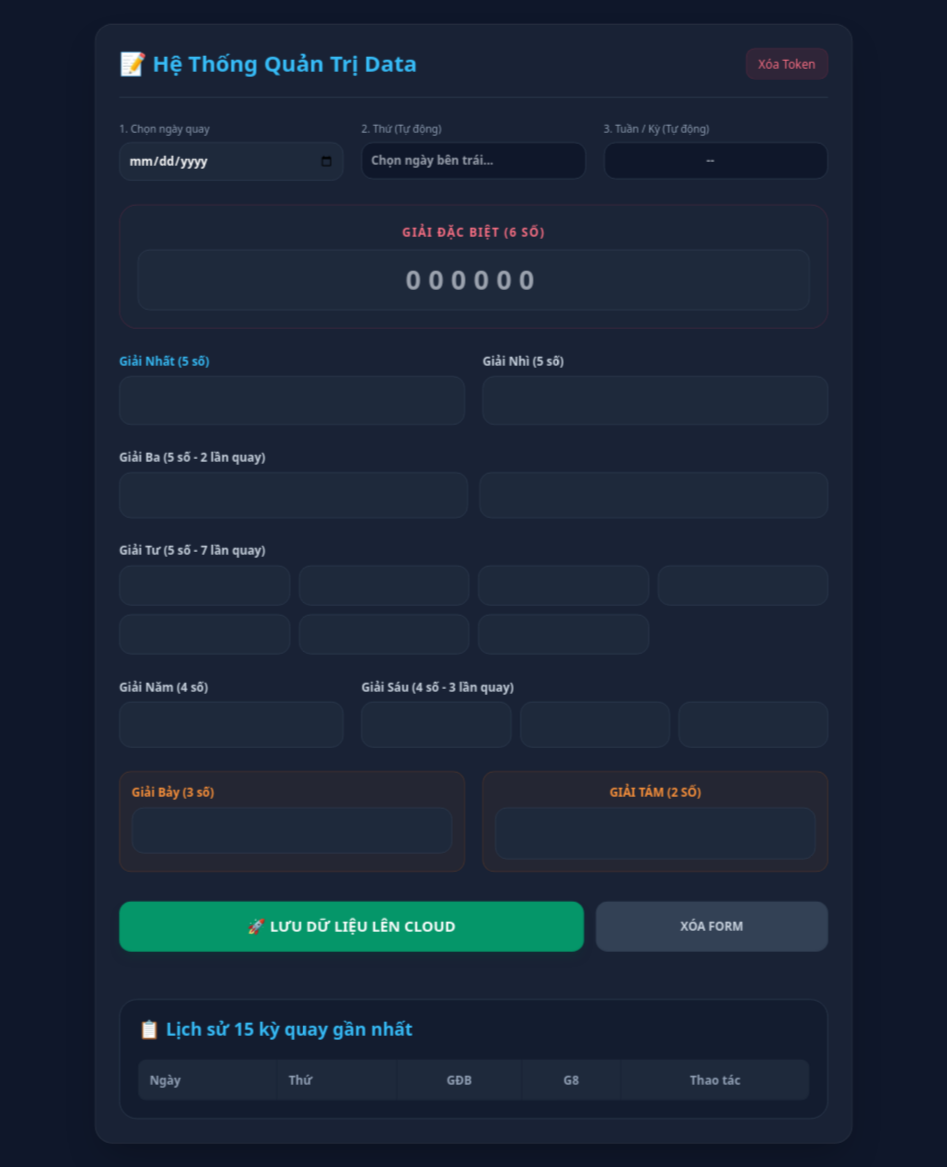
Repository: lannguyen1301/xac-suat-thong-ke-finally
Page: admin.html
These files come from the project's save history. The page is drawn as it stood at one moment and after the next save; the edit follows.
The browser window is 1280 px wide. The pictures show the whole page, at 74% of full size.
Some web libraries are served in a nearby version.

Above is the page before, as saved 2026-05-04 22:24:49.

### admin.html
<!DOCTYPE html>
<html lang="vi">

<head>
    <meta charset="UTF-8" />
    <meta name="viewport" content="width=device-width, initial-scale=1.0" />
    <title>Admin - Nhập Kết Quả Xổ Số TP.HCM</title>
    <script src="https://cdn.tailwindcss.com"></script>
    <style>
        body {
            background: #0f172a;
            color: #f1f5f9;
        }

        .glass-card {
            background: rgba(30, 41, 59, 0.7);
            backdrop-filter: blur(10px);
            border: 1px solid rgba(255, 255, 255, 0.1);
        }

        .input-focus:focus {
            border-color: #38bdf8;
            box-shadow: 0 0 0 3px rgba(56, 189, 248, 0.2);
        }

        input,
        select {
            background: #1e293b !important;
            color: white !important;
            border: 1px solid #334155 !important;
        }

        input[readonly] {
            background: #0f172a !important;
            color: #94a3b8 !important;
            cursor: not-allowed;
        }
    </style>
</head>

<body class="p-4 md:p-8">

    <div class="max-w-5xl mx-auto glass-card rounded-3xl shadow-2xl p-8">
        <div class="flex justify-between items-center mb-8 border-b border-slate-700 pb-6">
            <h1 class="text-3xl font-bold text-sky-400">📝 Hệ Thống Quản Trị Data</h1>
            <button onclick="clearToken()"
                class="px-4 py-2 bg-rose-500/10 text-rose-400 border border-rose-500/20 rounded-xl hover:bg-rose-500 hover:text-white transition">
                Xóa Token
            </button>
        </div>

        <!-- Section 1: Thông tin thời gian -->
        <div class="grid grid-cols-1 md:grid-cols-3 gap-6 mb-8">
            <div>
                <label class="block text-sm font-medium text-slate-400 mb-2">1. Chọn ngày quay</label>
                <input id="date" type="date" class="w-full p-3 rounded-2xl input-focus font-bold">
            </div>
            <div>
                <label class="block text-sm font-medium text-slate-400 mb-2">2. Thứ (Tự động)</label>
                <input id="dayOfWeek" type="text" readonly placeholder="Chọn ngày bên trái..."
                    class="w-full p-3 rounded-2xl font-bold text-emerald-400">
            </div>
            <div>
                <label class="block text-sm font-medium text-slate-400 mb-2">3. Tuần / Kỳ (Tự động)</label>
                <input id="week" type="number" readonly placeholder="--"
                    class="w-full p-3 rounded-2xl font-bold text-sky-400 text-center">
            </div>
        </div>

        <div class="space-y-8">
            <!-- Giải Đặc Biệt -->
            <div class="bg-slate-800/50 p-6 rounded-3xl border border-rose-500/20">
                <label class="block font-semibold text-rose-400 mb-3 text-center uppercase tracking-widest">Giải Đặc
                    Biệt (6 số)</label>
                <input id="GDB" maxlength="6" placeholder="000000"
                    class="w-full p-5 text-4xl text-center font-black text-rose-500 border-2 border-rose-500/30 rounded-2xl input-focus tracking-[10px]">
            </div>

            <div class="grid grid-cols-1 md:grid-cols-2 gap-6">
                <div>
                    <label class="block font-semibold text-sky-400 mb-2">Giải Nhất (5 số)</label>
                    <input id="G1" maxlength="5"
                        class="w-full p-4 text-2xl text-center font-bold border-2 border-sky-500/30 rounded-2xl input-focus">
                </div>
                <div>
                    <label class="block font-semibold text-slate-300 mb-2">Giải Nhì (5 số)</label>
                    <input id="G2" maxlength="5"
                        class="w-full p-4 text-2xl text-center font-bold border rounded-2xl input-focus">
                </div>
            </div>

            <!-- Giải Ba -->
            <div>
                <label class="block font-semibold text-slate-300 mb-2">Giải Ba (5 số - 2 lần quay)</label>
                <div class="grid grid-cols-2 gap-4">
                    <input class="G3 p-4 text-center font-bold border rounded-2xl input-focus text-xl" maxlength="5">
                    <input class="G3 p-4 text-center font-bold border rounded-2xl input-focus text-xl" maxlength="5">
                </div>
            </div>

            <!-- Giải Tư -->
            <div>
                <label class="block font-semibold text-slate-300 mb-2">Giải Tư (5 số - 7 lần quay)</label>
                <div class="grid grid-cols-2 md:grid-cols-4 gap-3">
                    <input class="G4 p-3 text-center font-bold border rounded-2xl input-focus text-lg" maxlength="5">
                    <input class="G4 p-3 text-center font-bold border rounded-2xl input-focus text-lg" maxlength="5">
                    <input class="G4 p-3 text-center font-bold border rounded-2xl input-focus text-lg" maxlength="5">
                    <input class="G4 p-3 text-center font-bold border rounded-2xl input-focus text-lg" maxlength="5">
                    <input class="G4 p-3 text-center font-bold border rounded-2xl input-focus text-lg" maxlength="5">
                    <input class="G4 p-3 text-center font-bold border rounded-2xl input-focus text-lg" maxlength="5">
                    <input class="G4 p-3 text-center font-bold border rounded-2xl input-focus text-lg" maxlength="5">
                </div>
            </div>

            <div class="grid grid-cols-1 md:grid-cols-3 gap-6">
                <div>
                    <label class="block font-semibold text-slate-300 mb-2">Giải Năm (4 số)</label>
                    <input id="G5" maxlength="4"
                        class="w-full p-4 text-center font-bold border rounded-2xl input-focus text-xl">
                </div>
                <div class="md:col-span-2">
                    <label class="block font-semibold text-slate-300 mb-2">Giải Sáu (4 số - 3 lần quay)</label>
                    <div class="grid grid-cols-3 gap-3">
                        <input class="G6 p-4 text-center font-bold border rounded-2xl input-focus text-xl"
                            maxlength="4">
                        <input class="G6 p-4 text-center font-bold border rounded-2xl input-focus text-xl"
                            maxlength="4">
                        <input class="G6 p-4 text-center font-bold border rounded-2xl input-focus text-xl"
                            maxlength="4">
                    </div>
                </div>
            </div>

            <div class="grid grid-cols-2 gap-6">
                <div class="bg-orange-500/5 p-4 rounded-2xl border border-orange-500/20">
                    <label class="block font-semibold text-orange-400 mb-2">Giải Bảy (3 số)</label>
                    <input id="G7" maxlength="3"
                        class="w-full p-4 text-center font-bold border border-orange-500/30 rounded-2xl input-focus text-xl">
                </div>
                <div class="bg-orange-500/5 p-4 rounded-2xl border border-orange-500/20">
                    <label class="block font-semibold text-orange-400 mb-2 text-center uppercase">Giải Tám (2
                        số)</label>
                    <input id="G8" maxlength="2"
                        class="w-full p-4 text-center font-black text-orange-500 border-2 border-orange-500/30 rounded-2xl input-focus text-3xl">
                </div>
            </div>
        </div>

        <div class="mt-10 flex flex-col md:flex-row gap-4">
            <button onclick="saveResult()" id="save-btn"
                class="flex-[2] bg-emerald-600 hover:bg-emerald-500 text-white py-5 rounded-2xl text-xl font-black transition-all shadow-lg shadow-emerald-900/20 active:scale-95">
                🚀 LƯU DỮ LIỆU LÊN CLOUD
            </button>
            <button onclick="clearForm()"
                class="flex-1 bg-slate-700 hover:bg-slate-600 text-slate-300 rounded-2xl font-bold transition-colors">
                XÓA FORM
            </button>
        </div>

        <!-- Bảng lịch sử -->
        <div class="mt-16 bg-slate-900/50 rounded-3xl p-6 border border-slate-700">
            <h2 class="text-2xl font-bold mb-6 text-sky-400 flex items-center">
                <span class="mr-2">📋</span> Lịch sử 15 kỳ quay gần nhất
            </h2>
            <div class="overflow-x-auto rounded-xl">
                <table class="w-full border-collapse" id="history-table">
                    <thead class="bg-slate-800">
                        <tr>
                            <th class="p-4 text-left text-slate-400">Ngày</th>
                            <th class="p-4 text-left text-slate-400">Thứ</th>
                            <th class="p-4 text-center text-slate-400">GĐB</th>
                            <th class="p-4 text-center text-slate-400">G8</th>
                            <th class="p-4 text-center text-slate-400">Thao tác</th>
                        </tr>
                    </thead>
                    <tbody id="table-body" class="divide-y divide-slate-800"></tbody>
                </table>
            </div>
        </div>
    </div>

    <script src="admin-logic.js"></script>
</body>

</html>

### admin-logic.js
document.addEventListener("DOMContentLoaded", function () {
    // 1. Kiểm tra sự tồn tại của các thành phần
    const elements = {
        date: document.getElementById("date"),
        thu: document.getElementById("thu"),
        tuan: document.getElementById("tuan"),
        saveBtn: document.getElementById("save-btn"),
    };

    // Báo lỗi nếu thiếu ID trong HTML
    for (const [key, el] of Object.entries(elements)) {
        if (!el) {
            console.error(
                `❌ LỖI: Không tìm thấy ID "${key === "saveBtn" ? "save-btn" : key}" trong file HTML!`,
            );
        }
    }

    // 2. Logic tự động tính Thứ/Tuần
    if (elements.date) {
        elements.date.addEventListener("change", function () {
            const dateVal = this.value;
            if (!dateVal) return;

            const dateObj = new Date(dateVal);

            // Cập nhật Thứ
            if (elements.thu) {
                const days = [
                    "Chủ Nhật",
                    "Thứ Hai",
                    "Thứ Ba",
                    "Thứ Tư",
                    "Thứ Năm",
                    "Thứ Sáu",
                    "Thứ Bảy",
                ];
                elements.thu.value = days[dateObj.getDay()];
            }

            // Cập nhật Tuần
            if (elements.tuan) {
                const startOfYear = new Date(dateObj.getFullYear(), 0, 1);
                const pastDaysOfYear = (dateObj - startOfYear) / 86400000;
                const weekNum = Math.ceil(
                    (pastDaysOfYear + startOfYear.getDay() + 1) / 7,
                );
                elements.tuan.value = weekNum;
            }
            console.log("✅ Đã tính xong Thứ/Tuần cho:", dateVal);
        });
    }

    // 3. Logic Lưu dữ liệu
    if (elements.saveBtn) {
        elements.saveBtn.addEventListener("click", async function (e) {
            e.preventDefault();
            console.log("🚀 Đang khởi động quy trình lưu...");

            if (!elements.date || !elements.date.value) {
                alert("Bấy bề chưa chọn ngày quay kìa!");
                return;
            }

            // Gọi hàm lưu chính của bấy bề
            if (typeof updateGitHubData === "function") {
                try {
                    elements.saveBtn.disabled = true;
                    elements.saveBtn.innerText = "⌛ ĐANG KẾT NỐI...";

                    // Lấy dữ liệu từ các ô giải thưởng (Dùng querySelector để an toàn hơn)
                    const getVal = (id) => {
                        const el = document.getElementById(id);
                        return el ? el.value : "";
                    };

                    const payload = {
                        date: elements.date.value,
                        thu: elements.thu ? elements.thu.value : "",
                        tuan: elements.tuan ? parseInt(elements.tuan.value) : 0,
                        gdb: getVal("gdb"),
                        g8: getVal("g8"),
                        // Thêm các giải khác ở đây nếu cần bấy bề nhé
                    };

                    await updateGitHubData(payload);

                    elements.saveBtn.disabled = false;
                    elements.saveBtn.innerText = "🚀 LƯU DỮ LIỆU LÊN CLOUD";
                } catch (err) {
                    console.error("Lỗi API:", err);
                    alert("Lỗi rồi bấy bề ơi: " + err.message);
                    elements.saveBtn.disabled = false;
                    elements.saveBtn.innerText = "🚀 THỬ LẠI";
                }
            } else {
                alert(
                    "Không tìm thấy hàm 'updateGitHubData'. Bấy bề kiểm tra lại file script kết nối nhé!",
                );
            }
        });
    }
});

After the next save:
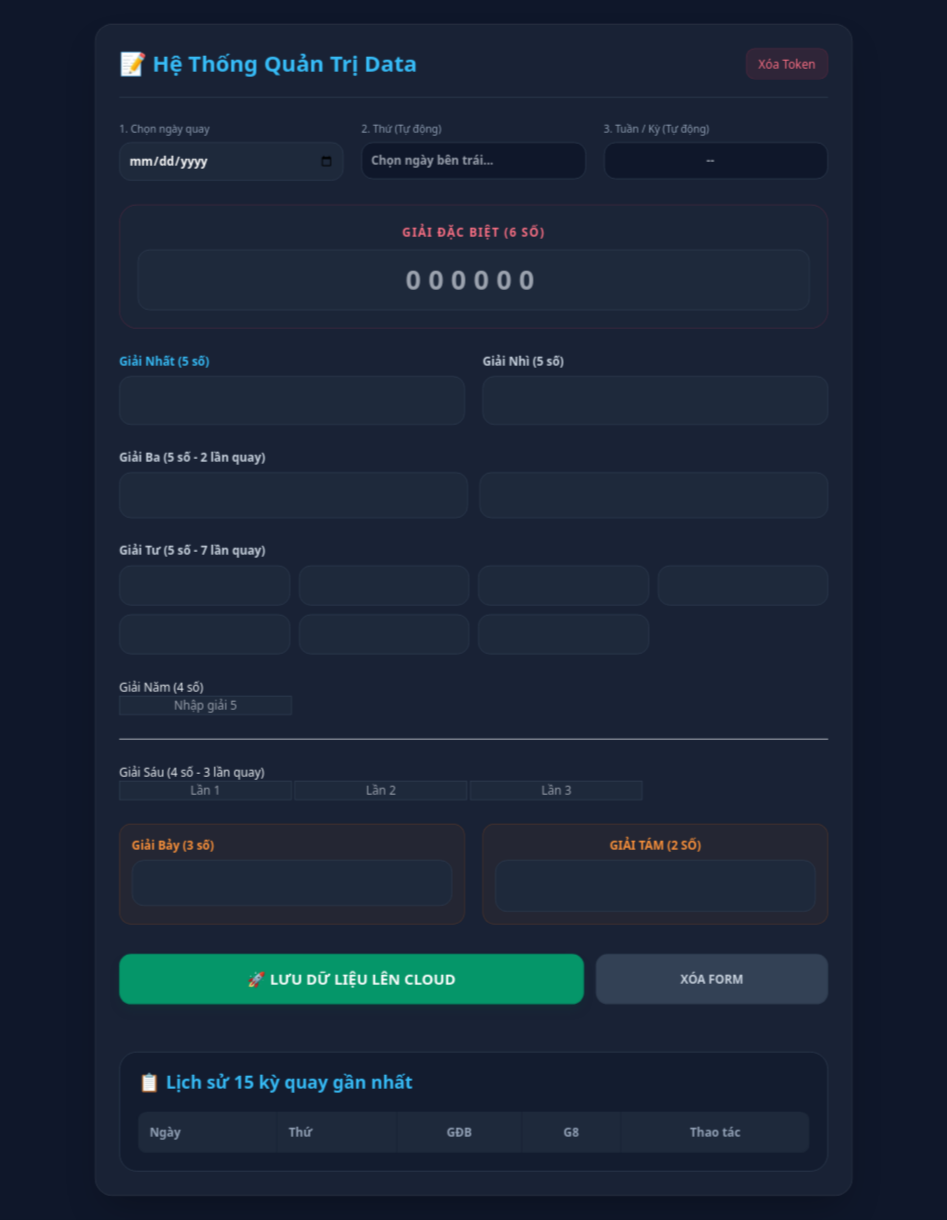
Saved 100 s later.
--- a/admin.html
+++ b/admin.html
@@ -112,21 +112,26 @@
                 </div>
             </div>
 
-            <div class="grid grid-cols-1 md:grid-cols-3 gap-6">
-                <div>
-                    <label class="block font-semibold text-slate-300 mb-2">Giải Năm (4 số)</label>
-                    <input id="G5" maxlength="4"
-                        class="w-full p-4 text-center font-bold border rounded-2xl input-focus text-xl">
+            <!-- HÀNG RIÊNG CHO GIẢI NĂM -->
+            <div class="row mb-4">
+                <div class="col-12">
+                    <label class="form-label text-warning">Giải Năm (4 số)</label>
+                    <div class="d-flex gap-2">
+                        <input type="text" id="g5" class="form-control text-center" placeholder="Nhập giải 5">
+                    </div>
                 </div>
-                <div class="md:col-span-2">
-                    <label class="block font-semibold text-slate-300 mb-2">Giải Sáu (4 số - 3 lần quay)</label>
-                    <div class="grid grid-cols-3 gap-3">
-                        <input class="G6 p-4 text-center font-bold border rounded-2xl input-focus text-xl"
-                            maxlength="4">
-                        <input class="G6 p-4 text-center font-bold border rounded-2xl input-focus text-xl"
-                            maxlength="4">
-                        <input class="G6 p-4 text-center font-bold border rounded-2xl input-focus text-xl"
-                            maxlength="4">
+            </div>
+
+            <hr class="border-secondary my-4"> <!-- Đường kẻ phân cách cho rõ ràng -->
+
+            <!-- HÀNG RIÊNG CHO GIẢI SÁU -->
+            <div class="row mb-4">
+                <div class="col-12">
+                    <label class="form-label text-warning">Giải Sáu (4 số - 3 lần quay)</label>
+                    <div class="d-flex gap-2">
+                        <input type="text" id="g6_1" class="form-control text-center" placeholder="Lần 1">
+                        <input type="text" id="g6_2" class="form-control text-center" placeholder="Lần 2">
+                        <input type="text" id="g6_3" class="form-control text-center" placeholder="Lần 3">
                     </div>
                 </div>
             </div>

After the save that followed:
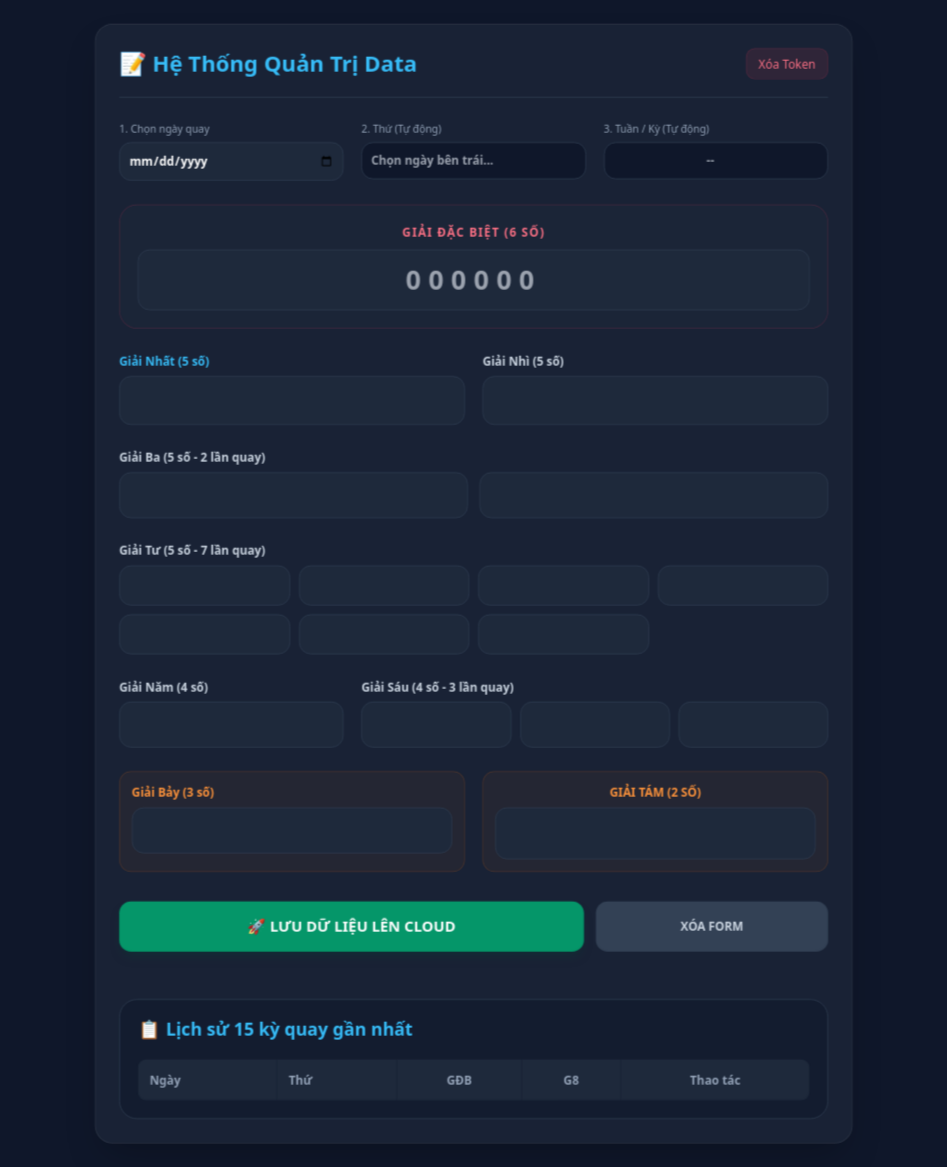
Saved 2 min 17 s later.
--- a/admin.html
+++ b/admin.html
@@ -112,26 +112,21 @@
                 </div>
             </div>
 
-            <!-- HÀNG RIÊNG CHO GIẢI NĂM -->
-            <div class="row mb-4">
-                <div class="col-12">
-                    <label class="form-label text-warning">Giải Năm (4 số)</label>
-                    <div class="d-flex gap-2">
-                        <input type="text" id="g5" class="form-control text-center" placeholder="Nhập giải 5">
-                    </div>
+            <div class="grid grid-cols-1 md:grid-cols-3 gap-6">
+                <div>
+                    <label class="block font-semibold text-slate-300 mb-2">Giải Năm (4 số)</label>
+                    <input id="G5" maxlength="4"
+                        class="w-full p-4 text-center font-bold border rounded-2xl input-focus text-xl">
                 </div>
-            </div>
-
-            <hr class="border-secondary my-4"> <!-- Đường kẻ phân cách cho rõ ràng -->
-
-            <!-- HÀNG RIÊNG CHO GIẢI SÁU -->
-            <div class="row mb-4">
-                <div class="col-12">
-                    <label class="form-label text-warning">Giải Sáu (4 số - 3 lần quay)</label>
-                    <div class="d-flex gap-2">
-                        <input type="text" id="g6_1" class="form-control text-center" placeholder="Lần 1">
-                        <input type="text" id="g6_2" class="form-control text-center" placeholder="Lần 2">
-                        <input type="text" id="g6_3" class="form-control text-center" placeholder="Lần 3">
+                <div class="md:col-span-2">
+                    <label class="block font-semibold text-slate-300 mb-2">Giải Sáu (4 số - 3 lần quay)</label>
+                    <div class="grid grid-cols-3 gap-3">
+                        <input class="G6 p-4 text-center font-bold border rounded-2xl input-focus text-xl"
+                            maxlength="4">
+                        <input class="G6 p-4 text-center font-bold border rounded-2xl input-focus text-xl"
+                            maxlength="4">
+                        <input class="G6 p-4 text-center font-bold border rounded-2xl input-focus text-xl"
+                            maxlength="4">
                     </div>
                 </div>
             </div>
